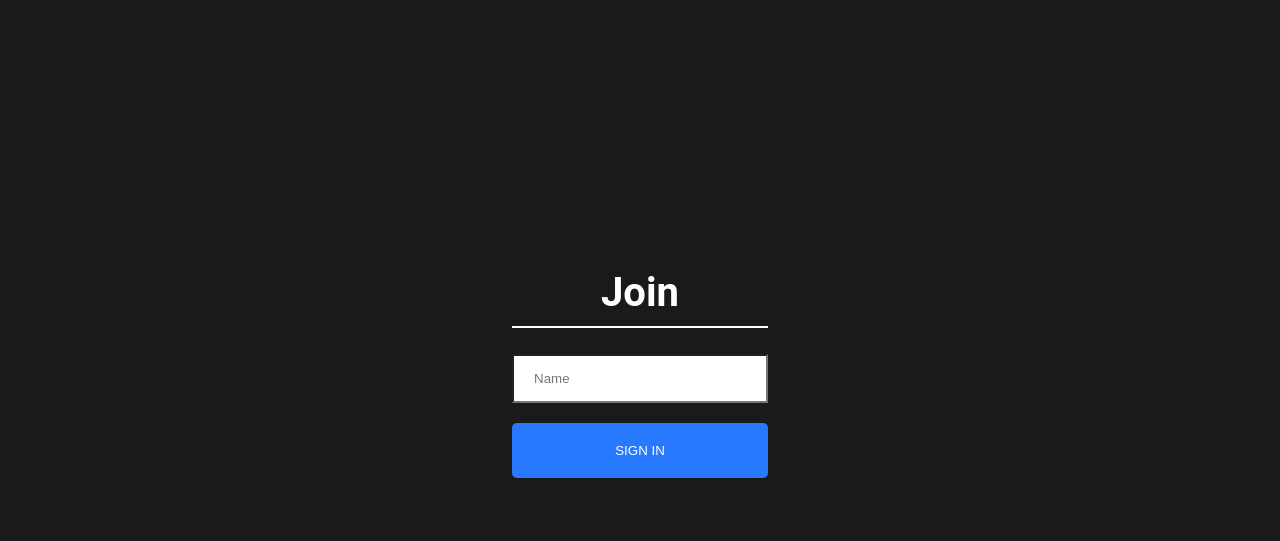
Repository: olawale7040/Luqman_Doodle_challenge
Page: /
The author's editor kept a copy of each file at every save. The page is drawn from the files as they stood at one save, then again after the next save.
The browser window is 1280 px wide. The pictures show the whole page.
The project was rebuilt for these pictures with package versions that can differ from the ones it lists, and the page was loaded fresh each time.

Above is the page before, as saved 2021-11-27 10:04:51.

### src/App.js
import { useRoutes } from "react-router-dom";
import routes from "./routes";
const App = () => {
  const routing = useRoutes(routes);
  return <div>{routing}</div>;
};

export default App;

### src/routes/index.js
// import Chat from "./components/Chat/Chat";
import Join from "../views/Join/Join";

const routes = [
  {
    path: "/",
    element: <Join />,
  },
  //   {
  //     path: "/chat",
  //     element: <Chat />,
  //   },
];
export default routes;

### src/views/Join/Join.js
import React, { useState } from "react";
import { Link } from "react-router-dom";

import "./Join.css";

export default function SignIn() {
  const [name, setName] = useState("");

  return (
    <div className="joinOuterContainer">
      <div className="joinInnerContainer">
        <h1 className="heading">Join</h1>
        <div>
          <input
            placeholder="Name"
            className="joinInput"
            type="text"
            onChange={(event) => setName(event.target.value)}
          />
        </div>
        <Link
          onClick={(e) => (!name ? e.preventDefault() : null)}
          to={`/chat?name=${name}`}
        >
          <button className={"button mt-20"} type="submit">
            Sign In
          </button>
        </Link>
      </div>
    </div>
  );
}

### src/views/Join/Join.css
html, body {
  font-family: 'Roboto', sans-serif;
  padding: 0;
  margin: 0;
}

#root {
  height: 100vh;
}

* {
  box-sizing: border-box;
}

.joinOuterContainer {
  display: flex;
  justify-content: center;
  text-align: center;
  height: 100vh;
  align-items: center;
  background-color: #1A1A1D;
}

.joinInnerContainer {
  width: 20%;
}

.joinInput {
  border-radius: 0;
  padding: 15px 20px;
  width: 100%;
}

.heading {
  color: white;
  font-size: 2.5em;
  padding-bottom: 10px;
  border-bottom: 2px solid white;
}

.button {
    color: #fff !important;
    text-transform: uppercase;
    text-decoration: none;
    background: #2979FF;
    padding: 20px;
    border-radius: 5px;
    display: inline-block;
    border: none;
    width: 100%;
}

.mt-20 {
  margin-top: 20px;
}

@media (min-width: 320px) and (max-width: 480px) {
  .joinOuterContainer {
    height: 100%;
  }

  .joinInnerContainer {
    width: 90%;
  }


}

button:focus {
  outline: 0;
}

Loaded but not shown: public/index.html (common file); src/index.js (common file)

After the next save:
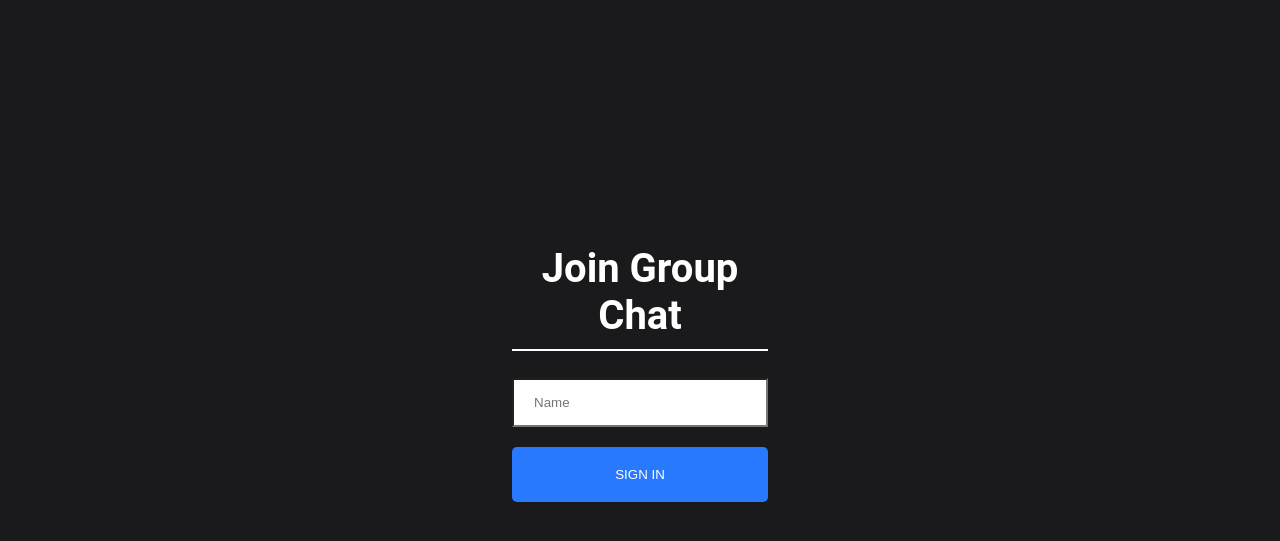
Saved 25 s later.
--- a/src/views/Join/Join.js
+++ b/src/views/Join/Join.js
@@ -9,7 +9,7 @@ export default function SignIn() {
   return (
     <div className="joinOuterContainer">
       <div className="joinInnerContainer">
-        <h1 className="heading">Join</h1>
+        <h1 className="heading">Join Group Chat</h1>
         <div>
           <input
             placeholder="Name"
